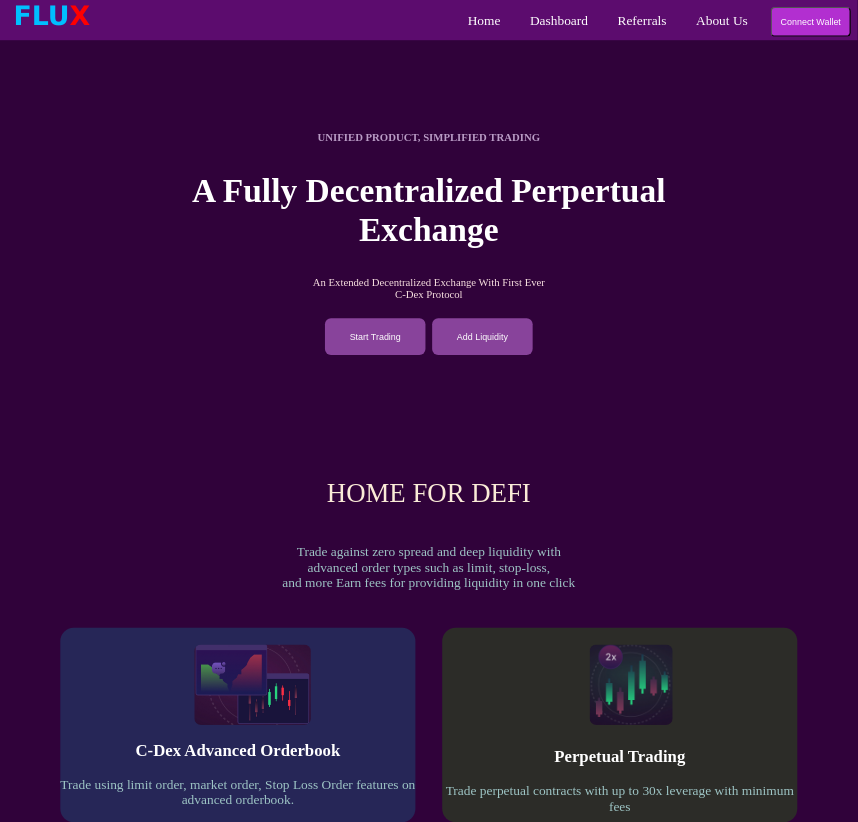
Repository: Tobby004/Flux-figma
Page: index.html
These files come from the project's save history. The page is drawn as it stood at one moment and after the next save; the edit follows.
The browser window is 1280 px wide. The pictures show the whole page, at 67% of full size.

Above is the page before, as saved 2023-04-20 01:28:00.

### index.html
<!DOCTYPE html>
<html lang="en">
<head>
    <meta charset="UTF-8">
    <meta http-equiv="X-UA-Compatible" content="IE=edge">
    <meta name="viewport" content="width=device-width, initial-scale=1.0">
    <title>Flux Template</title>
    <link rel="stylesheet" href="style.css">
</head>
<body>
    <header>
        <b>FLU<a>X</a></b>
    </header>
   <nav>
    <ul>
        <li><a href="#">Home</a></li>
        <li><a href="#">Dashboard</a></li>
        <li><a href="#">Referrals</a></li>
        <li><a href="#">About Us</a></li>
        <button>Connect Wallet</button>
    </ul>
   </nav>
    <br>
    <br>
    <h4>UNIFIED PRODUCT, SIMPLIFIED TRADING</h4>
    <h2> A Fully Decentralized Perpertual <br>Exchange </h2>
    <p>An Extended Decentralized Exchange With First Ever <br>C-Dex Protocol</p>
    <div class="button">
        <input type="button" value="Start Trading">
        <input type="button" value="Add Liquidity">
    </div>
<br>
<br>
<br>
<br>
<div class="section1">
    <h4>HOME FOR DEFI</h4>
    <p>Trade against zero spread and deep liquidity with<br> advanced order types such as limit, stop-loss,<br> and more Earn fees for providing liquidity in one click</p>
</div>
<br>
<br>
<div class="box">
    <div class="box1">
       <img src="img1.jpg">
  <h3>C-Dex Advanced Orderbook</h3>
  <p>Trade using limit order, market order, Stop Loss Order features on advanced orderbook.</p>
    </div>
    <div class="box2">
        <img src="img2.jpg">
        <h3>Perpetual Trading</h3>
        <p>Trade perpetual contracts with up to 30x leverage with minimum fees</p>
    </div>
</div>

</body>
</html>

### style.css
*{
    box-sizing: border-box;
}
body {
    margin: 0;
    background-color: #30023a;
}
nav {
    background-color: #5c0c6e;
    height: 60px;
}
nav ul {
    margin: auto;
    text-align: end;
    padding: 10px;
}
nav li {
display: inline-block;
}
header b {
    font-family: Verdana, Geneva, Tahoma, sans-serif;
    color: deepskyblue;
    position: absolute;
    margin-left: 20px;
    font-size: 40px;
}
header b a{
    color: red;
}
nav a {
    text-decoration: none;
    padding: 10px;
    color: white;
    font-size: 20px;
    margin-right: 20px;
}
li a:hover{
    color: yellow;
    transition: all 4s;
    padding: 5px;
}
button{
    padding: 13px;
    background: #b22fd0;
    border-radius: 7px;
    color: white;
}
h4 {
    margin-top: 100px;
    text-align: center;
    color: rgb(185, 156, 197);
}
h2 {
    text-align: center;
    font-size: 50px;
    color: white;
}
p {
    text-align: center;
    color: rgb(248, 225, 225);
}
.button {
    display: flex;
    padding: 10px;
    gap: 10px;
    justify-content: center;
}
input[type="button"]{
    padding: 20px;
    width: 150px;
    border-radius: 9px;
    border: none;
    color: white;
    background-color: rgb(136, 67, 155);
}
 div h4 {
    color: antiquewhite;
    font-size: 40px;
    font-weight: lighter;

}
 div p {
    color: rgb(158, 197, 197);
    font-size: 20px;
    font-weight: lighter;
}
.box {
    height: max-content;
    width: max-content;
    display: flex;
    gap: 40px;
    margin-right: auto;
    margin-left: auto;
}
.box1{
    height: 290px;
    width: 530px;
    background-color: rgb(38, 38, 87);
    border-radius: 20px;
}
.box1 h3 {
    text-align: center;
    color: white;
    font-size: 25px;
    margin-top: 20px;
}
.box1 p {
    text-align: center;
}
.box1 img{
    margin-top: 25px;
    height: 120px;
    border-radius: 10px;
   margin-left: 200px;
}
.box2 {
    height: 290px;
    width: 530px;
    background-color: rgb(44, 44, 40);
    border-radius: 20px;
}
.box2 h3{
    text-align: center;
    font-size: 25px;
    color: white;
    margin-top: 30px;
}
.box2 p {
    text-align: center;
}
.box2 img {
    margin-top: 25px;
    height: 120px;
    border-radius: 10px;
    margin-left: 220px;
}

After the next save:
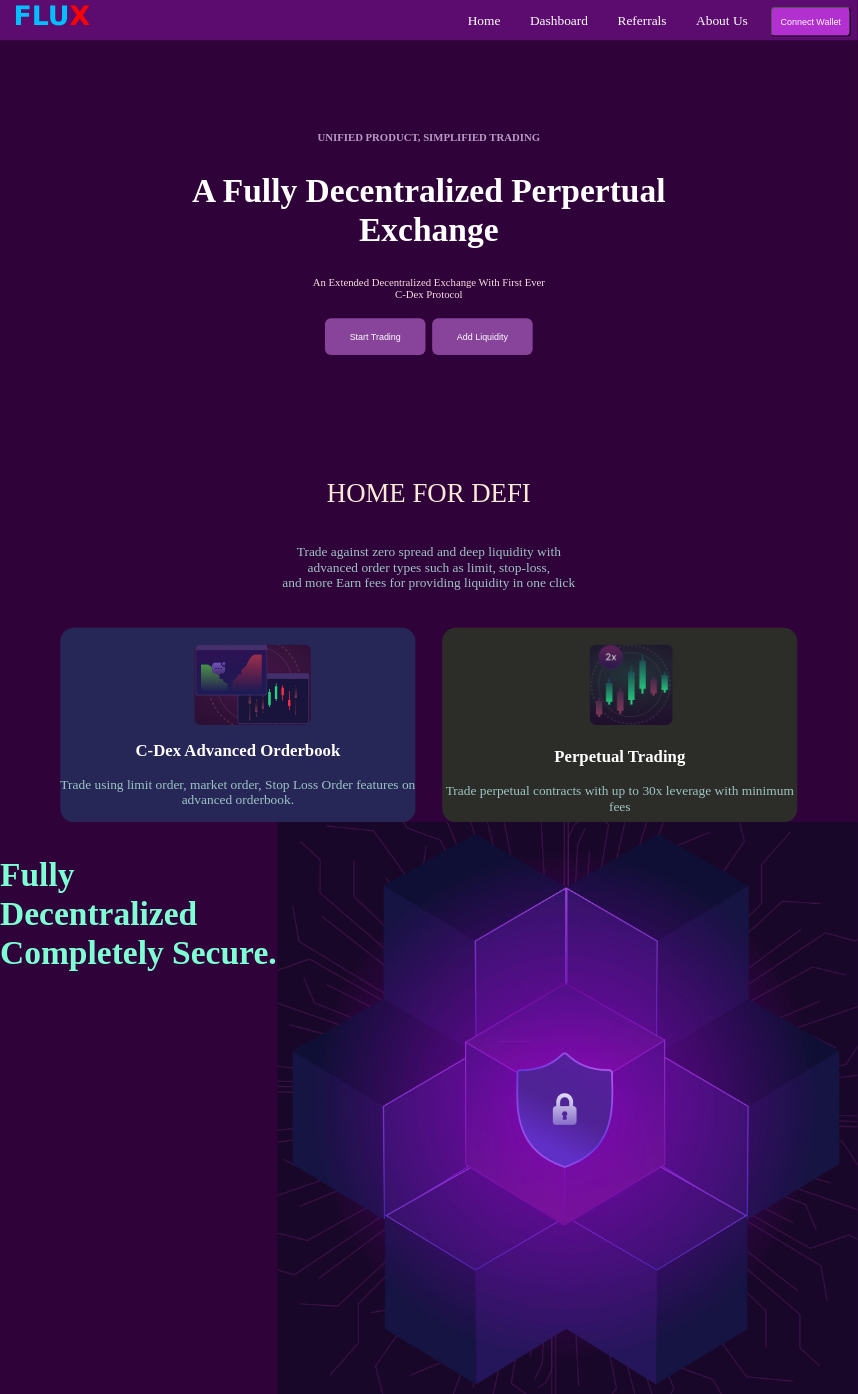
Saved 4 h 37 min later.
--- a/index.html
+++ b/index.html
@@ -20,8 +20,7 @@
         <button>Connect Wallet</button>
     </ul>
    </nav>
-    <br>
-    <br>
+    <br><br>
     <h4>UNIFIED PRODUCT, SIMPLIFIED TRADING</h4>
     <h2> A Fully Decentralized Perpertual <br>Exchange </h2>
     <p>An Extended Decentralized Exchange With First Ever <br>C-Dex Protocol</p>
@@ -30,15 +29,12 @@
         <input type="button" value="Add Liquidity">
     </div>
 <br>
-<br>
-<br>
-<br>
+<br><br><br>
 <div class="section1">
     <h4>HOME FOR DEFI</h4>
     <p>Trade against zero spread and deep liquidity with<br> advanced order types such as limit, stop-loss,<br> and more Earn fees for providing liquidity in one click</p>
 </div>
-<br>
-<br>
+<br><br>
 <div class="box">
     <div class="box1">
        <img src="img1.jpg">
@@ -51,6 +47,9 @@
         <p>Trade perpetual contracts with up to 30x leverage with minimum fees</p>
     </div>
 </div>
-
+<main>
+    <h1>Fully Decentralized <br>Completely Secure.</h1>
+    <img src="IMG3.jpg"
+</main>
 </body>
 </html>
--- a/style.css
+++ b/style.css
@@ -134,3 +134,11 @@ input[type="button"]{
     border-radius: 10px;
     margin-left: 220px;
 }
+main {
+    display: flex;
+}
+main h1 {
+    color: aquamarine;
+    font-size: 50px;
+    margin-top: 50px;
+}
